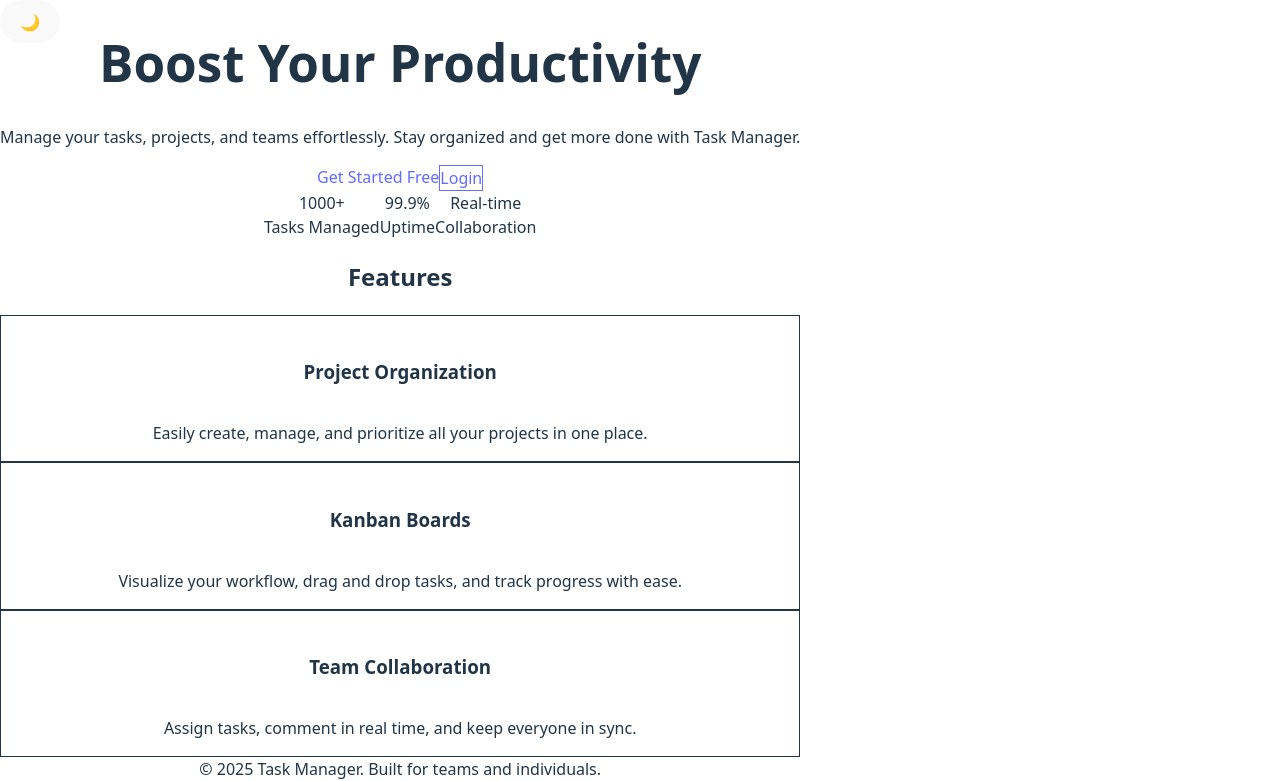
Repository: him021204/Task-Manager
Page: / (app in client/)
An editor plug-in stored every save of this project. The page is shown before and after the next save, followed by the edit.
The browser window is 1280 px wide. The pictures show the whole page.
The page's requests for data from a server got no answer. The project was rebuilt for these pictures with package versions that can differ from the ones it lists, and the page was loaded fresh each time. No one was signed in, and anything a server would have sent is missing. Also part of the build but not shown: client/vite.config.js, client/src/pages/Dashboard.jsx, client/src/pages/Login.jsx, client/src/pages/Register.jsx, client/src/pages/Analytics.jsx, client/src/pages/CalendarView.jsx.

Above is the page before, as saved 2025-06-15 15:49:09.

### client/src/App.jsx
import { useState} from 'react';
import { BrowserRouter as Router, Routes, Route } from 'react-router-dom';
import { SocketProvider } from './context/SocketContext';
import { AuthProvider } from './context/AuthContext';
import Home from './pages/Home';
import Dashboard from './pages/Dashboard';
import Login from './pages/Login';
import Register from './pages/Register';
import Analytics from './pages/Analytics';
import CalendarView from './pages/CalendarView';
import { ToastContainer } from 'react-toastify';
import 'react-toastify/dist/ReactToastify.css';

const DarkModeToggle = ({ dark, setDark }) => (
  <button
    onClick={() => setDark(!dark)}
    className="fixed top-2 right-2 z-50 p-2 rounded-full bg-gray-200 dark:bg-gray-700"
    aria-label="Toggle dark mode"
    title="Toggle dark mode"
  >
    {dark ? '🌞' : '🌙'}
  </button>
);

const App = () => {
  const [dark, setDark] = useState(false);
  return (
    <div className={dark ? 'min-h-screen bg-gray-900 text-white' : 'min-h-screen bg-gray-100 text-black'}>
      <AuthProvider>
        <SocketProvider>
          <Router>
            <DarkModeToggle dark={dark} setDark={setDark} />
            <main className="pt-12 px-2 max-w-7xl mx-auto">
              <Routes>
                <Route path="/" element={<Home />} />
                <Route path="/dashboard" element={<Dashboard />} />
                <Route path="/login" element={<Login />} />
                <Route path="/register" element={<Register />} />
                <Route path="/analytics" element={<Analytics />} />
                <Route path="/calendar" element={<CalendarView />} />
              </Routes>
            </main>
          </Router>
          <ToastContainer position="top-right" autoClose={3000} />
        </SocketProvider>
      </AuthProvider>
    </div>
  );
};

export default App;

### client/src/context/SocketContext.jsx
import { createContext, useContext, useEffect } from 'react';
import { socket } from '../utils/socket';

const SocketContext = createContext();

export const SocketProvider = ({ children }) => {
  useEffect(() => {
    return () => socket.disconnect();
  }, []);

  return (
    <SocketContext.Provider value={socket}>
      {children}
    </SocketContext.Provider>
  );
};

export const useSocket = () => useContext(SocketContext);

### client/src/context/AuthContext.jsx
import { createContext, useContext, useEffect, useState } from 'react';
import axios from 'axios';

export const AuthContext = createContext();

export const AuthProvider = ({ children }) => {
  const [user, setUser] = useState(null);
  const [token, setToken] = useState(localStorage.getItem('token'));

  useEffect(() => {
    if (token) {
      axios.defaults.headers.common['Authorization'] = `Bearer ${token}`;
      setUser(JSON.parse(localStorage.getItem('user')));
    }
  }, [token]);

  const login = (data) => {
    localStorage.setItem('token', data.token);
    localStorage.setItem('user', JSON.stringify(data.user));
    setUser(data.user);
    setToken(data.token);
  };

  const logout = () => {
    localStorage.clear();
    setUser(null);
    setToken(null);
  };

  return (
    <AuthContext.Provider value={{ user, login, logout }}>
      {children}
    </AuthContext.Provider>
  );
};

export const useAuth = () => useContext(AuthContext);

### client/src/pages/Home.jsx
import { Link } from 'react-router-dom';

const features = [
  {
    title: "Project Organization",
    desc: "Easily create, manage, and prioritize all your projects in one place.",
    icon: (
      <svg className="w-8 h-8 text-blue-500" fill="none" stroke="currentColor" strokeWidth="2" viewBox="0 0 24 24">
        <rect x="3" y="4" width="18" height="6" rx="2" />
        <rect x="3" y="14" width="9" height="6" rx="2" />
        <rect x="15" y="14" width="6" height="6" rx="2" />
      </svg>
    ),
  },
  {
    title: "Kanban Boards",
    desc: "Visualize your workflow, drag and drop tasks, and track progress with ease.",
    icon: (
      <svg className="w-8 h-8 text-green-500" fill="none" stroke="currentColor" strokeWidth="2" viewBox="0 0 24 24">
        <rect x="3" y="5" width="4" height="14" rx="2" />
        <rect x="10" y="5" width="4" height="9" rx="2" />
        <rect x="17" y="5" width="4" height="4" rx="2" />
      </svg>
    ),
  },
  {
    title: "Team Collaboration",
    desc: "Assign tasks, comment in real time, and keep everyone in sync.",
    icon: (
      <svg className="w-8 h-8 text-purple-500" fill="none" stroke="currentColor" strokeWidth="2" viewBox="0 0 24 24">
        <circle cx="8" cy="8" r="3" />
        <circle cx="16" cy="8" r="3" />
        <path d="M2 20v-2a4 4 0 014-4h4a4 4 0 014 4v2" />
        <path d="M17 20v-2a4 4 0 013-3.87" />
      </svg>
    ),
  },
];

const Home = () => (
  <div className="min-h-screen bg-gradient-to-br from-blue-50 via-white to-green-50 dark:from-gray-900 dark:via-gray-800 dark:to-gray-900 transition-colors">
    {/* Hero Section */}
    <header className="w-full px-4 py-16 flex flex-col items-center">
      <div className="max-w-2xl w-full text-center">
        <h1 className="text-5xl font-extrabold mb-4 text-blue-700 dark:text-blue-300 drop-shadow">Boost Your Productivity</h1>
        <p className="mb-8 text-lg text-gray-700 dark:text-gray-200">
          Manage your tasks, projects, and teams effortlessly. Stay organized and get more done with Task Manager.
        </p>
        <div className="flex justify-center gap-4 mb-8">
          <Link to="/register" className="bg-blue-600 hover:bg-blue-700 text-white px-8 py-3 rounded-lg font-semibold shadow transition">
            Get Started Free
          </Link>
          <Link to="/login" className="bg-white dark:bg-gray-700 border border-blue-600 dark:border-blue-400 text-blue-700 dark:text-blue-300 px-8 py-3 rounded-lg font-semibold shadow transition hover:bg-blue-50 dark:hover:bg-gray-800">
            Login
          </Link>
        </div>
        <div className="flex justify-center gap-8 mt-8">
          <div className="text-center">
            <div className="text-2xl font-bold text-blue-600 dark:text-blue-300">1000+</div>
            <div className="text-xs text-gray-500 dark:text-gray-400">Tasks Managed</div>
          </div>
          <div className="text-center">
            <div className="text-2xl font-bold text-green-600 dark:text-green-300">99.9%</div>
            <div className="text-xs text-gray-500 dark:text-gray-400">Uptime</div>
          </div>
          <div className="text-center">
            <div className="text-2xl font-bold text-purple-600 dark:text-purple-300">Real-time</div>
            <div className="text-xs text-gray-500 dark:text-gray-400">Collaboration</div>
          </div>
        </div>
      </div>
    </header>

    {/* Features Section */}
    <section className="max-w-4xl mx-auto px-4 py-12">
      <h2 className="text-2xl font-bold text-center mb-8 text-gray-800 dark:text-gray-100">Features</h2>
      <div className="grid grid-cols-1 md:grid-cols-3 gap-8">
        {features.map((feature, idx) => (
          <div key={idx} className="bg-white/90 dark:bg-gray-800/90 rounded-xl shadow-lg p-6 flex flex-col items-center text-center border border-gray-200 dark:border-gray-700">
            <div className="mb-4">{feature.icon}</div>
            <h3 className="text-lg font-semibold mb-2 text-gray-800 dark:text-gray-200">{feature.title}</h3>
            <p className="text-gray-600 dark:text-gray-400">{feature.desc}</p>
          </div>
        ))}
      </div>
    </section>

    {/* Footer */}
    <footer className="w-full py-6 text-center text-xs text-gray-400 dark:text-gray-500">
      © {new Date().getFullYear()} Task Manager. Built for teams and individuals.
    </footer>
  </div>
);

export default Home;

### client/src/utils/socket.js
import { io } from 'socket.io-client';
export const socket = io('http://localhost:5000'); // or your production URL

### client/src/pages/Home.css
/* Glassmorphism card effect */
.home-card {
  background: rgba(255, 255, 255, 0.85);
  box-shadow: 0 8px 32px 0 rgba(31, 38, 135, 0.15);
  backdrop-filter: blur(8px);
  border-radius: 1.5rem;
  border: 1px solid rgba(255,255,255,0.18);
  transition: transform 0.2s cubic-bezier(.4,2,.6,1), box-shadow 0.2s;
}
.home-card:hover {
  transform: translateY(-4px) scale(1.03);
  box-shadow: 0 12px 40px 0 rgba(31, 38, 135, 0.22);
}

/* Feature icon animation */
.feature-icon {
  transition: transform 0.2s;
}
.home-card:hover .feature-icon {
  transform: scale(1.15) rotate(-6deg);
}

/* Hero section */
.home-hero {
  background: linear-gradient(135deg, #e0e7ff 0%, #f0fdf4 100%);
  padding-top: 4rem;
  padding-bottom: 4rem;
  border-bottom-left-radius: 2rem;
  border-bottom-right-radius: 2rem;
  box-shadow: 0 4px 24px 0 rgba(31, 38, 135, 0.08);
}

/* Responsive tweaks */
@media (max-width: 640px) {
  .home-card {
    padding: 1.5rem;
  }
  .home-hero {
    padding-top: 2rem;
    padding-bottom: 2rem;
  }
}

Loaded but not shown: client/index.html (common file); client/src/main.jsx (common file); client/src/index.css (common file)

After the next save:
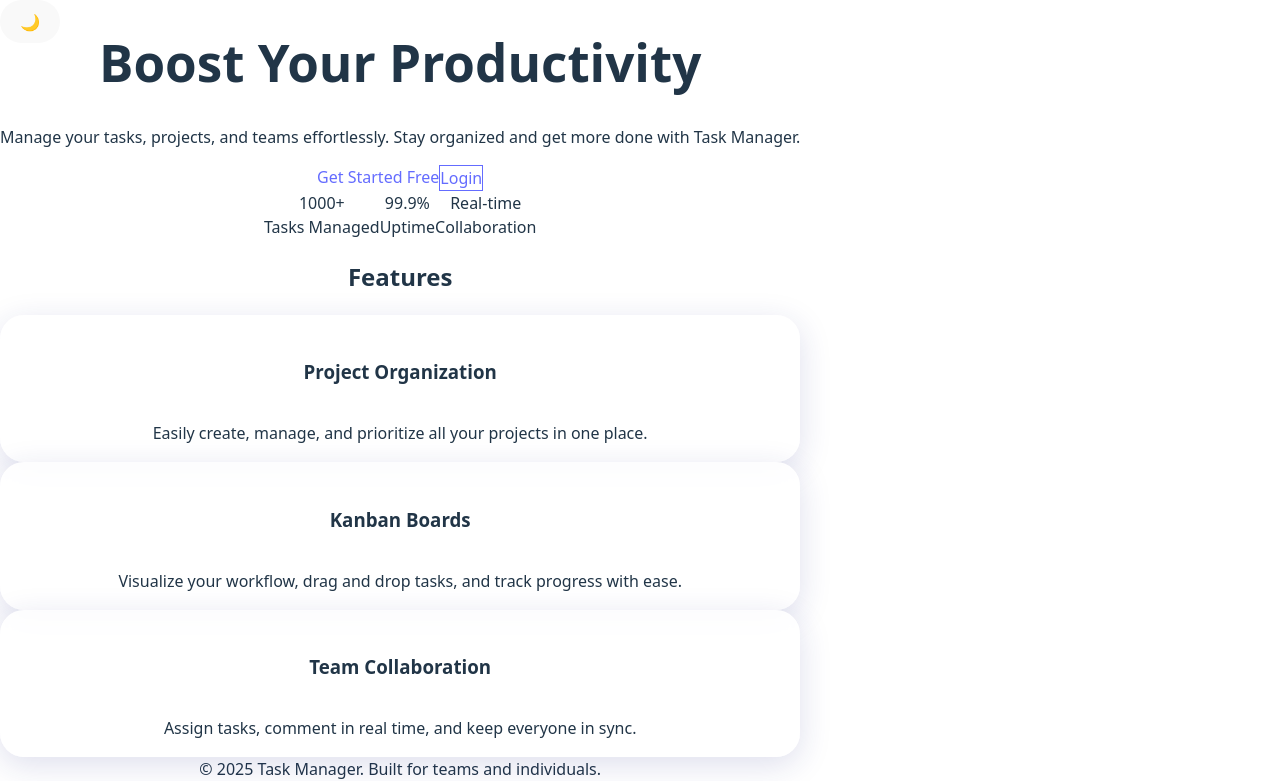
Saved 88 s later.
--- a/client/src/pages/Home.jsx
+++ b/client/src/pages/Home.jsx
@@ -1,4 +1,5 @@
 import { Link } from 'react-router-dom';
+import './Home.css';
 
 const features = [
   {
@@ -73,17 +74,17 @@ const Home = () => (
 
     {/* Features Section */}
     <section className="max-w-4xl mx-auto px-4 py-12">
-      <h2 className="text-2xl font-bold text-center mb-8 text-gray-800 dark:text-gray-100">Features</h2>
-      <div className="grid grid-cols-1 md:grid-cols-3 gap-8">
-        {features.map((feature, idx) => (
-          <div key={idx} className="bg-white/90 dark:bg-gray-800/90 rounded-xl shadow-lg p-6 flex flex-col items-center text-center border border-gray-200 dark:border-gray-700">
-            <div className="mb-4">{feature.icon}</div>
-            <h3 className="text-lg font-semibold mb-2 text-gray-800 dark:text-gray-200">{feature.title}</h3>
-            <p className="text-gray-600 dark:text-gray-400">{feature.desc}</p>
-          </div>
-        ))}
+        <h2 className="text-2xl font-bold text-center mb-8 text-gray-800 dark:text-gray-100">Features</h2>
+        <div className="grid grid-cols-1 md:grid-cols-3 gap-8">
+            {features.map((feature, idx) => (
+            <div key={idx} className="home-card p-6 flex flex-col items-center text-center">
+                <div className="mb-4 feature-icon">{feature.icon}</div>
+                <h3 className="text-lg font-semibold mb-2 text-gray-800 dark:text-gray-200">{feature.title}</h3>
+                <p className="text-gray-600 dark:text-gray-400">{feature.desc}</p>
       </div>
-    </section>
+    ))}
+  </div>
+</section>
 
     {/* Footer */}
     <footer className="w-full py-6 text-center text-xs text-gray-400 dark:text-gray-500">
